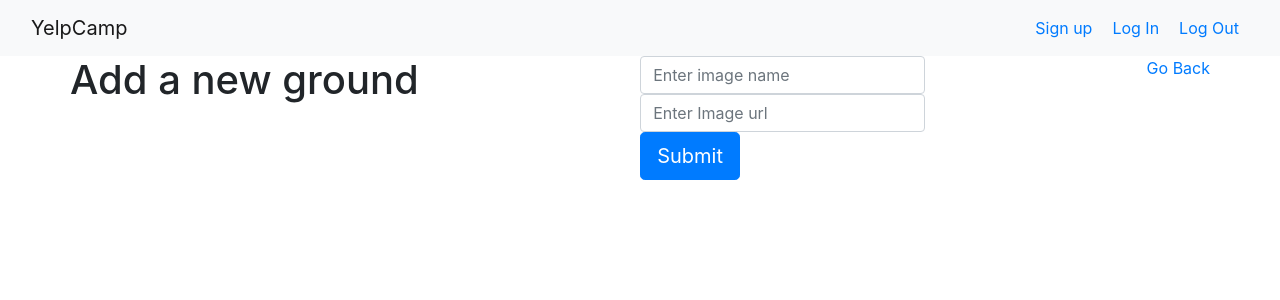
Repository: N-Verma/Webdev-Backend-
Page: http://localhost/campgrounds/new
The author's editor kept a record of every edit. The page is drawn from the files as they stood at one moment, then again after the next edit.
The browser window is 1280 px wide. The pictures show the whole page.
The page is served by the project's Node server (YelpCamp/v2/app.js).

Above is the page before.

After the next edit:
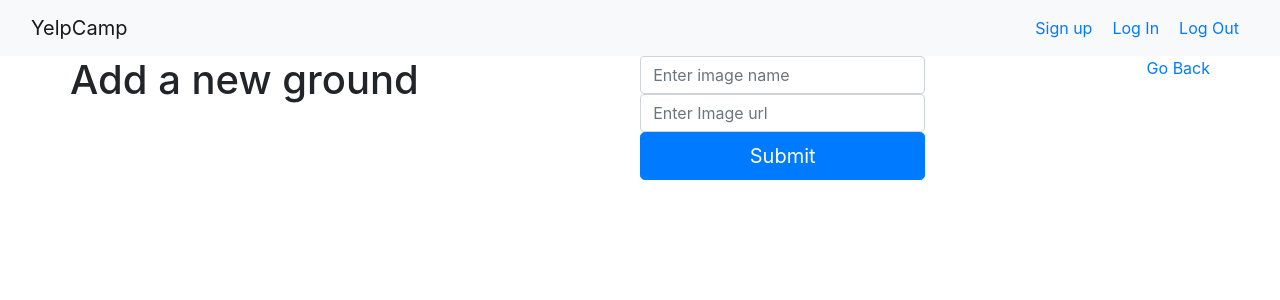
The edit:
--- a/Web dev (backend)/environment/YelpCamp/v2/views/new.ejs
+++ b/Web dev (backend)/environment/YelpCamp/v2/views/new.ejs
@@ -6,7 +6,7 @@
             <form action="/campgrounds" method="POST">
                 <input class="form-control"type="text" name="name" placeholder="Enter image name">
                 <input class="form-control"type="text" name="img" placeholder="Enter Image url">
-                <button class="btn btn-lg btn-primary">Submit</button>
+                <button class="btn btn-lg btn-primary btn-block">Submit</button>
             </form>
         </div>
         <a href="/campgrounds"><buttonclass="btn btn-primary">Go Back</button></a>
